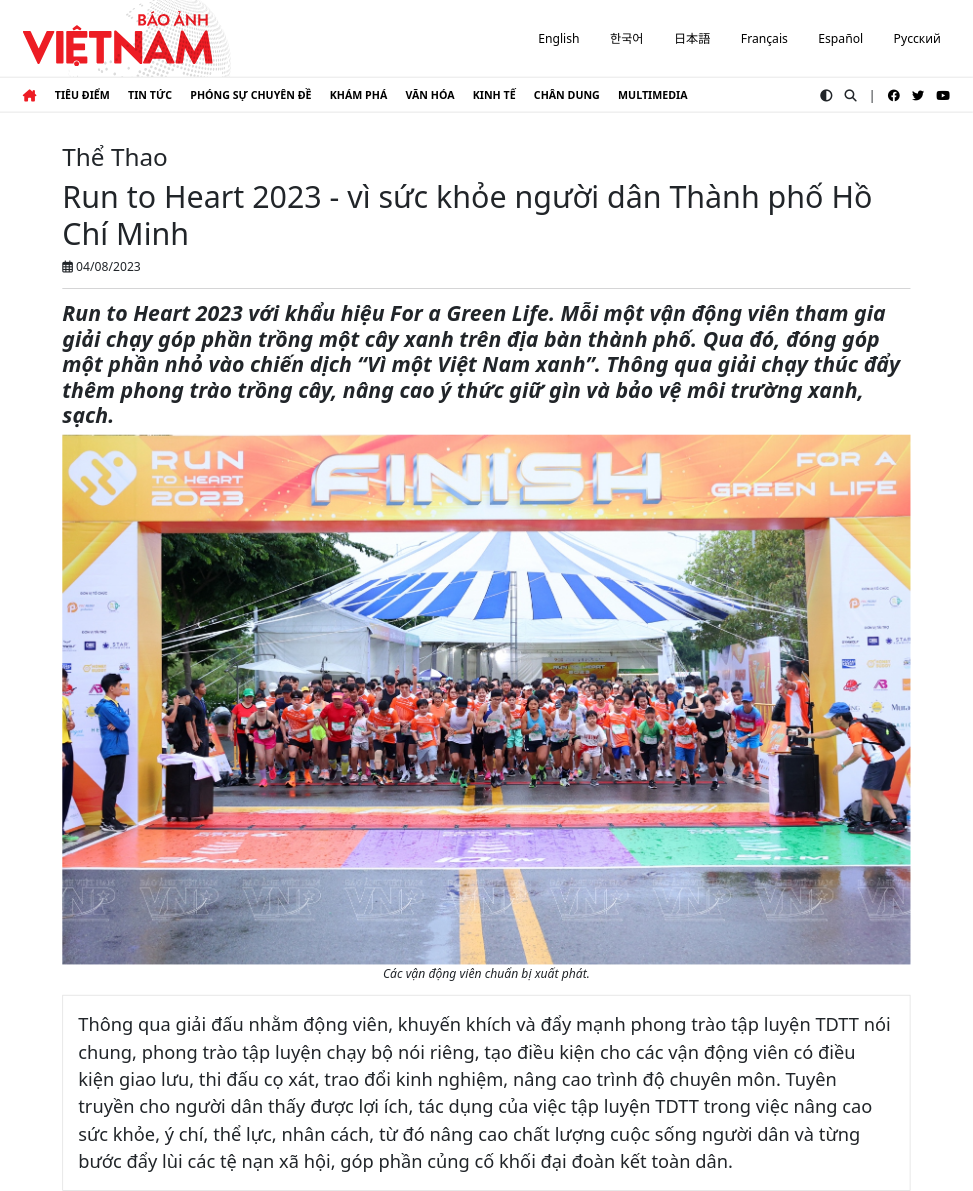
Repository: kietdotshp/webtintuc
Page: Detail.html
The author's editor kept a copy of each file at every save. The page is drawn from the files as they stood at one save, then again after the next save.
The browser window is 1280 px wide. The pictures show the whole page, at 76% of full size.
Some web libraries are served in a nearby version.

Above is the page before, as saved 2023-08-10 16:21:11.

After the next save:
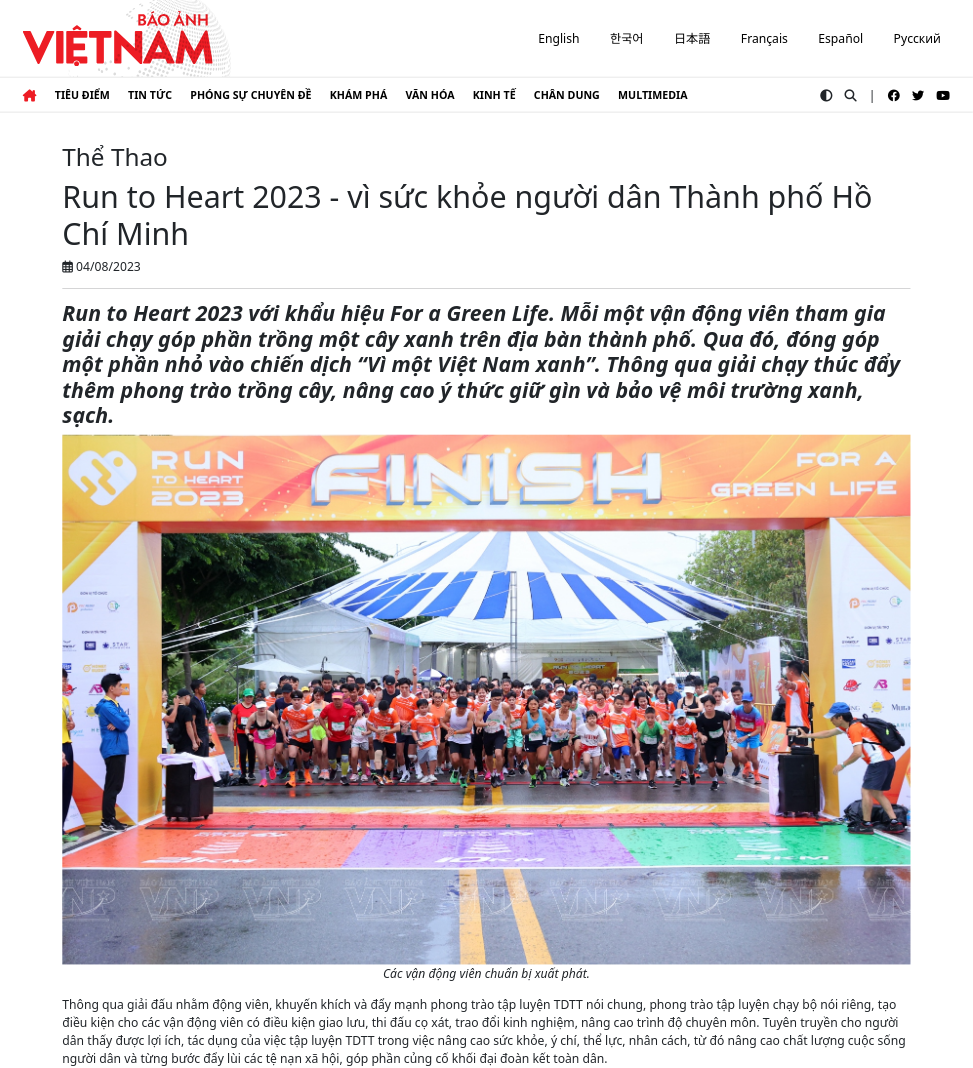
Saved 20 s later.
--- a/Detail.html
+++ b/Detail.html
@@ -118,7 +118,7 @@
             <img src="assets/images/detail1.jpg">
             <p style="color:darkbluel;text-align:center;font-style:italic;">Các vận động viên chuẩn bị xuất phát.
             </p>
-            <div class="content">Thông qua giải đấu nhằm động viên, khuyến khích và đẩy mạnh phong trào tập luyện TDTT nói chung, phong trào tập luyện chạy bộ nói riêng, tạo điều kiện cho các vận động viên có điều kiện giao lưu, thi đấu cọ xát, trao đổi kinh nghiệm, nâng cao trình độ chuyên môn.
+            <div class="content1">Thông qua giải đấu nhằm động viên, khuyến khích và đẩy mạnh phong trào tập luyện TDTT nói chung, phong trào tập luyện chạy bộ nói riêng, tạo điều kiện cho các vận động viên có điều kiện giao lưu, thi đấu cọ xát, trao đổi kinh nghiệm, nâng cao trình độ chuyên môn.
 
                 Tuyên truyền cho người dân thấy được lợi ích, tác dụng của việc tập luyện TDTT trong việc nâng cao sức khỏe, ý chí, thể lực, nhân cách, từ đó nâng cao chất lượng cuộc sống người dân và từng bước đẩy lùi các tệ nạn xã hội, góp phần củng cố khối đại đoàn kết toàn dân.
             </div>
